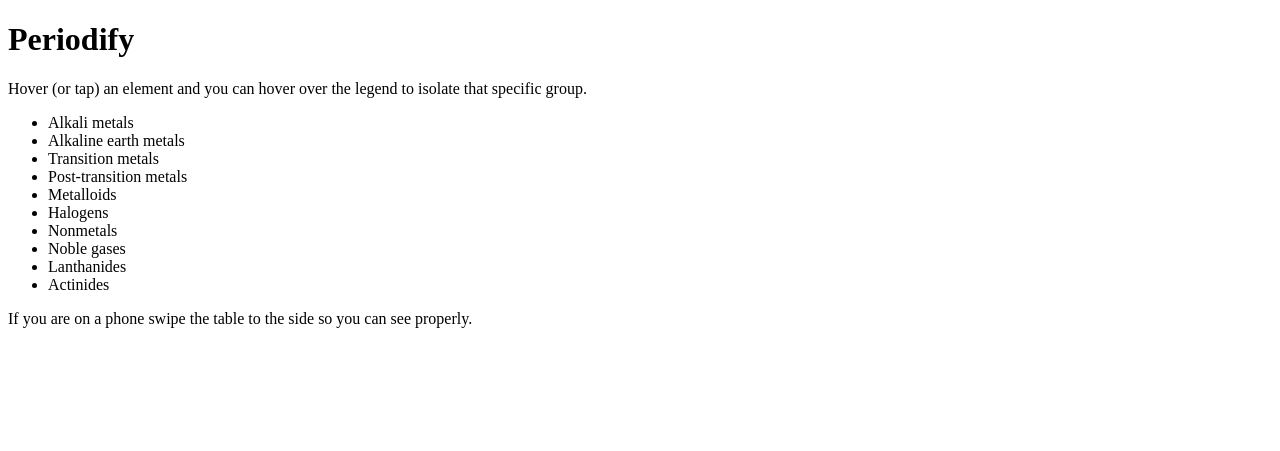
Repository: manayparikh1/Periodify
Page: index.html
The author's editor kept a copy of each file at every save. The page is drawn from the files as they stood at one save, then again after the next save.
The browser window is 1280 px wide. The pictures show the whole page.

Above is the page before, as saved 2026-10-11 20:43:38.

### index.html
<!DOCTYPE html>
<html lang="en">

<head>
    <meta charset="UTF-8">
    <meta name="viewport" content="width=device-width, initial-scale=1.0">
    <title>Periodify</title>
</head>

<body>
    <!-- === HTML STARTS here===-->
    <header>
        <h1>Period<span>ify</span></h1>
        <p>Hover (or tap) an element and you can hover over the legend to isolate that specific group.</p>
    </header>
    <!-- === Legend === -->
    <ul class="legend">
        <li class="l-am" style="--c: var(--am);">Alkali metals</li>
        <li class="l-aem" style="--c: var(--aem);">Alkaline earth metals</li>
        <li class="l-tm" style="--c: var(--ac);">Transition metals</li>
        <li class="l-ptm" style="--c: var(--aem);">Post-transition metals</li>
        <li class="l-m" style="--c: var(--rnm);">Metalloids</li>
        <li class="l-hg" style="--c: var(--ptt);">Halogens</li>
        <li class="l-nm" style="--c: var(--nm);">Nonmetals</li>
        <li class="l-ng" style="--c: var(--hl);">Noble gases</li>
        <li class="l-la" style="--c: var(--la);">Lanthanides</li>
        <li class="l-aa" style="--c: var(--ng);">Actinides</li>
    </ul>
    <p class="hint">If you are on a phone swipe the table to the side so you can see properly.</p>
    <div class="scroll">
        <div class="table">

            <!-- The first period -->

        </div>
    </div>
</body>

















































<style>
    /* the colours */

    :root {
        --bg: #dedfdde9;
        --text: #1c1919;
        --card: #f5f5f5;
        --muted: #a9a9a9;

        --am: #4fa75f;
        /*Alkali metals*/
        --ml: #96773a;
        /*alkaline earth metals*/
        --ac: #765545;
        /*transition metals*/
        --aem: #ffb;
        /*post transition metals*/
        --rnm: rgb(104, 117, 238);
        /*metalloids*/
        --ptt: rgb(189, 153, 210);
        /*halogens*/
        --nm: rgb(234, 121, 121);
        /*non metals*/
        --hl: #bf9b9b;
        /*noble gases*/
        --ng: #f48fb1;
        /*actinades */
        --la: #c0df9d;
        /*lanthanides */

        --wobble: 255px 15px 225px 15px / 15px 225px 15px 255px;
        /*drawn by hand design not accurate rn*/

    }

After the next save:
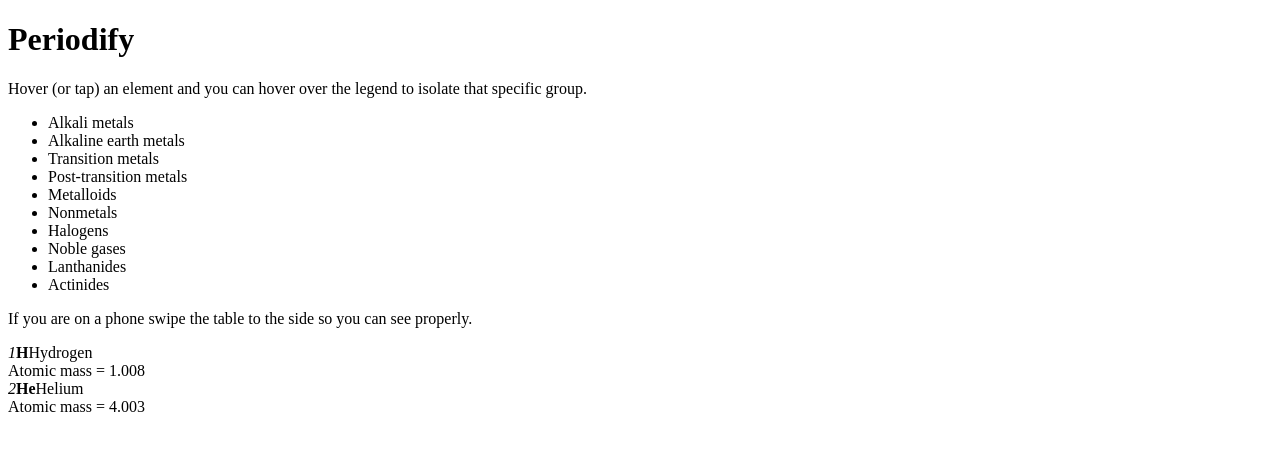
Saved 13 min 34 s later.
--- a/index.html
+++ b/index.html
@@ -15,23 +15,26 @@
     </header>
     <!-- === Legend === -->
     <ul class="legend">
-        <li class="l-am" style="--c: var(--am);">Alkali metals</li>
-        <li class="l-aem" style="--c: var(--aem);">Alkaline earth metals</li>
-        <li class="l-tm" style="--c: var(--ac);">Transition metals</li>
-        <li class="l-ptm" style="--c: var(--aem);">Post-transition metals</li>
-        <li class="l-m" style="--c: var(--rnm);">Metalloids</li>
-        <li class="l-hg" style="--c: var(--ptt);">Halogens</li>
-        <li class="l-nm" style="--c: var(--nm);">Nonmetals</li>
-        <li class="l-ng" style="--c: var(--hl);">Noble gases</li>
-        <li class="l-la" style="--c: var(--la);">Lanthanides</li>
-        <li class="l-aa" style="--c: var(--ng);">Actinides</li>
+        <li class="k-ak" style="--c: var(--ak);">Alkali metals</li>
+        <li class="k-ae" style="--c: var(--ae);">Alkaline earth metals</li>
+        <li class="k-tm" style="--c: var(--tm);">Transition metals</li>
+        <li class="k-pt" style="--c: var(--pt);">Post-transition metals</li>
+        <li class="k-md" style="--c: var(--md);">Metalloids</li>
+        <li class="k-nm" style="--c: var(--nm);">Nonmetals</li>
+        <li class="k-hg" style="--c: var(--hg);">Halogens</li>
+        <li class="k-hl" style="--c: var(--hl);">Noble gases</li>
+        <li class="k-la" style="--c: var(--la);">Lanthanides</li>
+        <li class="k-ac" style="--c: var(--ac);">Actinides</li>
     </ul>
     <p class="hint">If you are on a phone swipe the table to the side so you can see properly.</p>
     <div class="scroll">
         <div class="table">
 
             <!-- The first period -->
-
+            <div class="el nm" tabindex="0"><i>1</i><b>H</b><span>Hydrogen<br>Atomic mass = 1.008</span></div>
+            <div class="gap" style="--n:16"></div>
+            <!-- Gives a 16 element gap because hydron and helium are not in the same column -->
+            <div class="el ng" tabindex="0"><i>2</i><b>He</b><span>Helium<br>Atomic mass = 4.003</span></div>
         </div>
     </div>
 </body>
